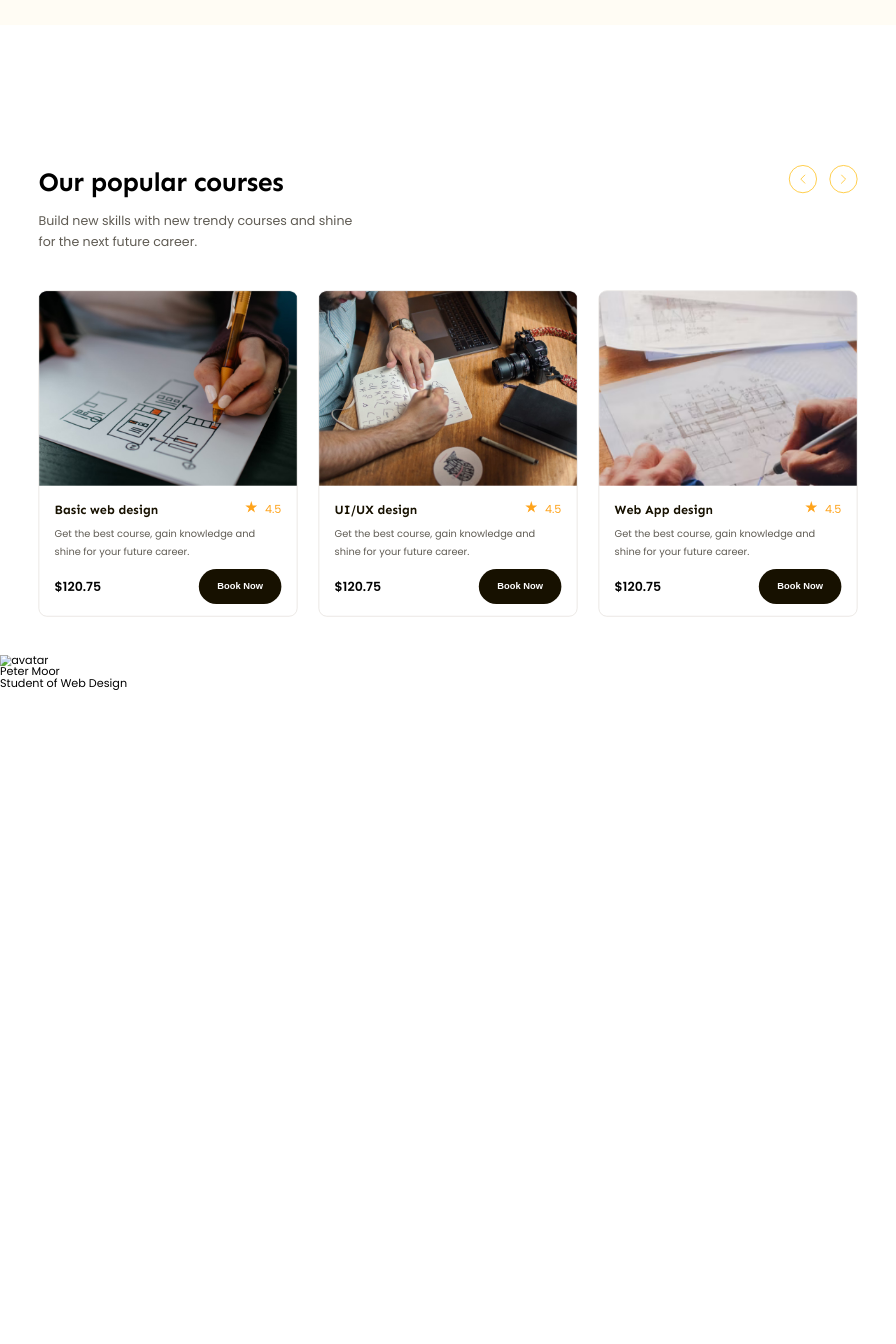
Repository: Toihoclaptrinh/duan1_figma
Page: index.html
The author's editor kept a copy of each file at every save. The page is drawn from the files as they stood at one save, then again after the next save.
The browser window is 1280 px wide. The pictures show the part of the page from y = 867 to 2787 px (the page is 10000 px tall), at 70% of full size.

Above is the page before, as saved 2024-02-09 22:46:33.

After the next save:
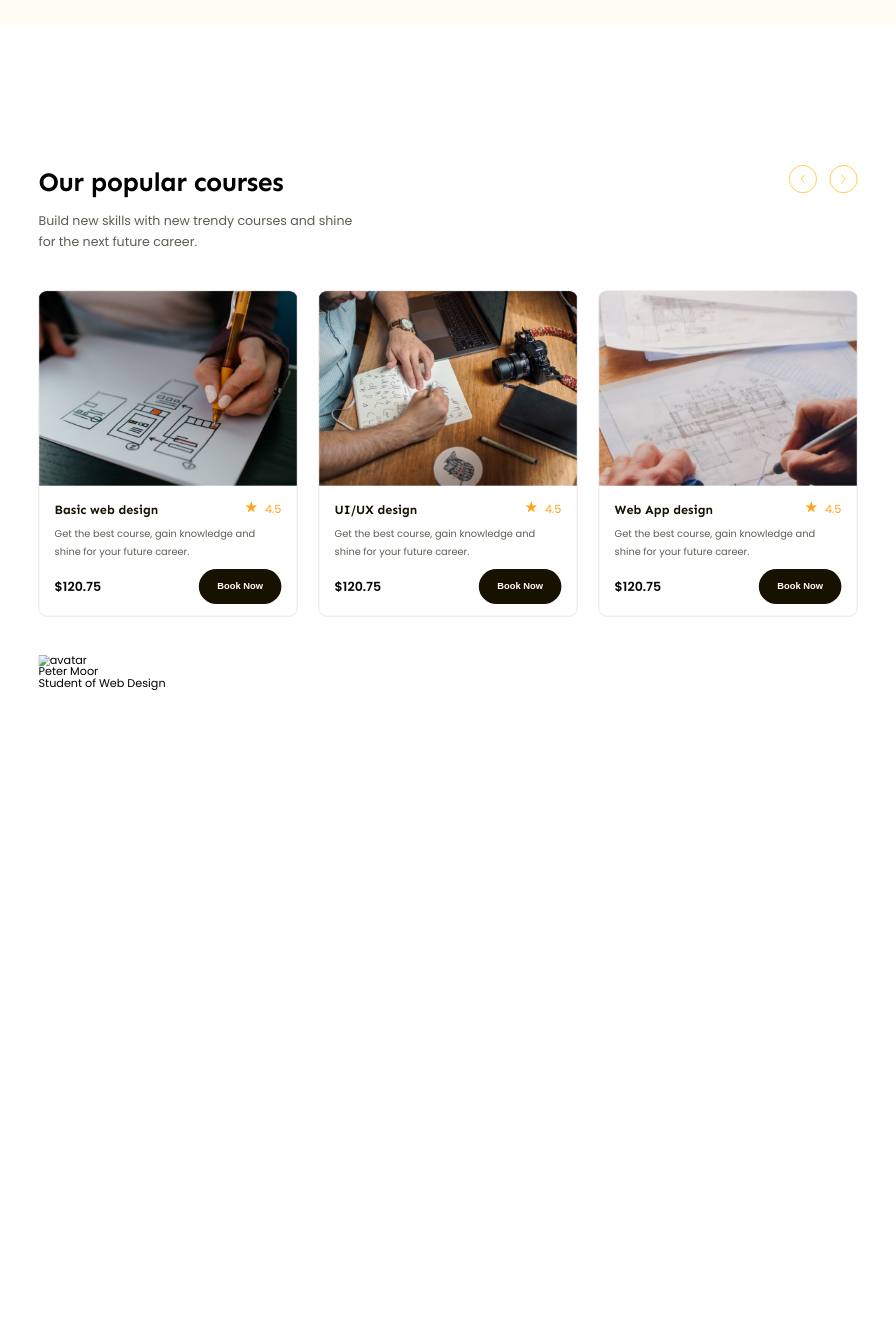
Saved 74 s later.
--- a/index.html
+++ b/index.html
@@ -213,7 +213,7 @@
      </div>
      <!-- code phần feedback -->
      <div class="feedback">
-        <div class="contain-block">
+        <div class="main-content">
           <div class="feedback-list">
             <div class="feedback-items">
               <!-- khối bên trái -->
